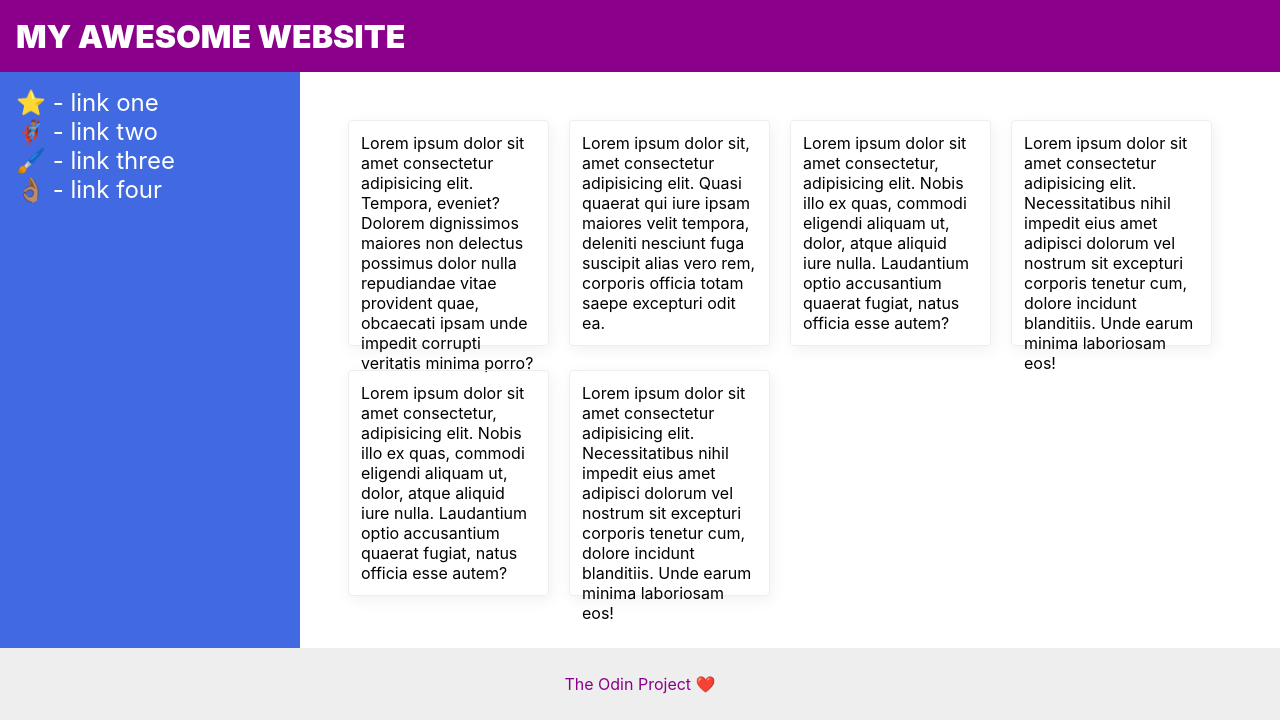
Repository: bbrockbrown/css-exercises
Page: flex/07-flex-layout-2/index.html
The author's editor kept a copy of each file at every save. The page is drawn from the files as they stood at one save, then again after the next save.
The browser window is 1280 px wide. The pictures show the whole page.

Above is the page before, as saved 2024-07-22 18:58:26.

### flex/07-flex-layout-2/index.html
<!DOCTYPE html>
<html lang="en">
  <head>
    <meta charset="UTF-8">
    <meta http-equiv="X-UA-Compatible" content="IE=edge">
    <meta name="viewport" content="width=device-width, initial-scale=1.0">
    <title>The Holy Grail</title>
    <link rel="stylesheet" href="style.css">
  </head>
  <body>

    <div class="header">
      MY AWESOME WEBSITE
    </div>

    <div class="content-container">
      <div class="sidebar">
        <ul>
          <li><a href="#">⭐ - link one</a></li>
          <li><a href="#">🦸🏽‍♂️ - link two</a></li>
          <li><a href="#">🖌️ - link three</a></li>
          <li><a href="#">👌🏽 - link four</a></li>
        </ul>
      </div>

      <div class="card-container">
        <div class="card">Lorem ipsum dolor sit amet consectetur adipisicing elit. Tempora, eveniet? Dolorem dignissimos maiores non delectus possimus dolor nulla repudiandae vitae provident quae, obcaecati ipsam unde impedit corrupti veritatis minima porro?</div>
        <div class="card">Lorem ipsum dolor sit, amet consectetur adipisicing elit. Quasi quaerat qui iure ipsam maiores velit tempora, deleniti nesciunt fuga suscipit alias vero rem, corporis officia totam saepe excepturi odit ea.</div>
        <div class="card">Lorem ipsum dolor sit amet consectetur, adipisicing elit. Nobis illo ex quas, commodi eligendi aliquam ut, dolor, atque aliquid iure nulla. Laudantium optio accusantium quaerat fugiat, natus officia esse autem?</div>
        <div class="card">Lorem ipsum dolor sit amet consectetur adipisicing elit. Necessitatibus nihil impedit eius amet adipisci dolorum vel nostrum sit excepturi corporis tenetur cum, dolore incidunt blanditiis. Unde earum minima laboriosam eos!</div>
        <div class="card">Lorem ipsum dolor sit amet consectetur, adipisicing elit. Nobis illo ex quas, commodi eligendi aliquam ut, dolor, atque aliquid iure nulla. Laudantium optio accusantium quaerat fugiat, natus officia esse autem?</div>
        <div class="card">Lorem ipsum dolor sit amet consectetur adipisicing elit. Necessitatibus nihil impedit eius amet adipisci dolorum vel nostrum sit excepturi corporis tenetur cum, dolore incidunt blanditiis. Unde earum minima laboriosam eos!</div>
      </div>

      <div class="empty-right">
        <!-- Placeholder -->
      </div>

    </div>


    <div class="footer">
      The Odin Project ❤️
    </div>

  </body>
</html>

### flex/07-flex-layout-2/style.css
body {
  font-family: -apple-system, BlinkMacSystemFont, 'Segoe UI', Roboto, Oxygen, Ubuntu, Cantarell, 'Open Sans', 'Helvetica Neue', sans-serif;
  margin: 0;
  min-height: 100vh;
  display: flex;
  flex-direction: column;
}

.header {
  height: 72px;
  background: darkmagenta;
  color: white;
  display: flex;
  align-items: center;
  padding-left: 16px;
  font-size: 32px;
  font-weight: 900;
}

.footer {
  height: 72px;
  background: #eee;
  color: darkmagenta;
  display: flex;
  justify-content: center;
  align-items: center;
}

.content-container {
  display: flex;
  flex: 1;
}

.sidebar {
  width: 300px;
  background: royalblue;
  box-sizing: border-box;
  display: flex;
  flex-direction: column;
  flex-shrink: 0;
  padding: 16px;
}

.card-container {
  display: flex;
  padding: 48px;
  flex-wrap: wrap;
  gap: 20px;
}

.card {
  border: 1px solid #eee;
  box-shadow: 2px 4px 16px rgba(0,0,0,.06);
  border-radius: 4px;
  height: 200px;
  width: 175px;
  padding: 12px;
}

.empty-right {
  display: flex;
  flex: 1;
  width: 200px;
  flex-shrink: 0;
}

ul {
  list-style: none;
  padding: 0;
  margin: 0;

}

a {
  text-decoration: none;
  color: white;
  font-size: 24px;
}

After the next save:
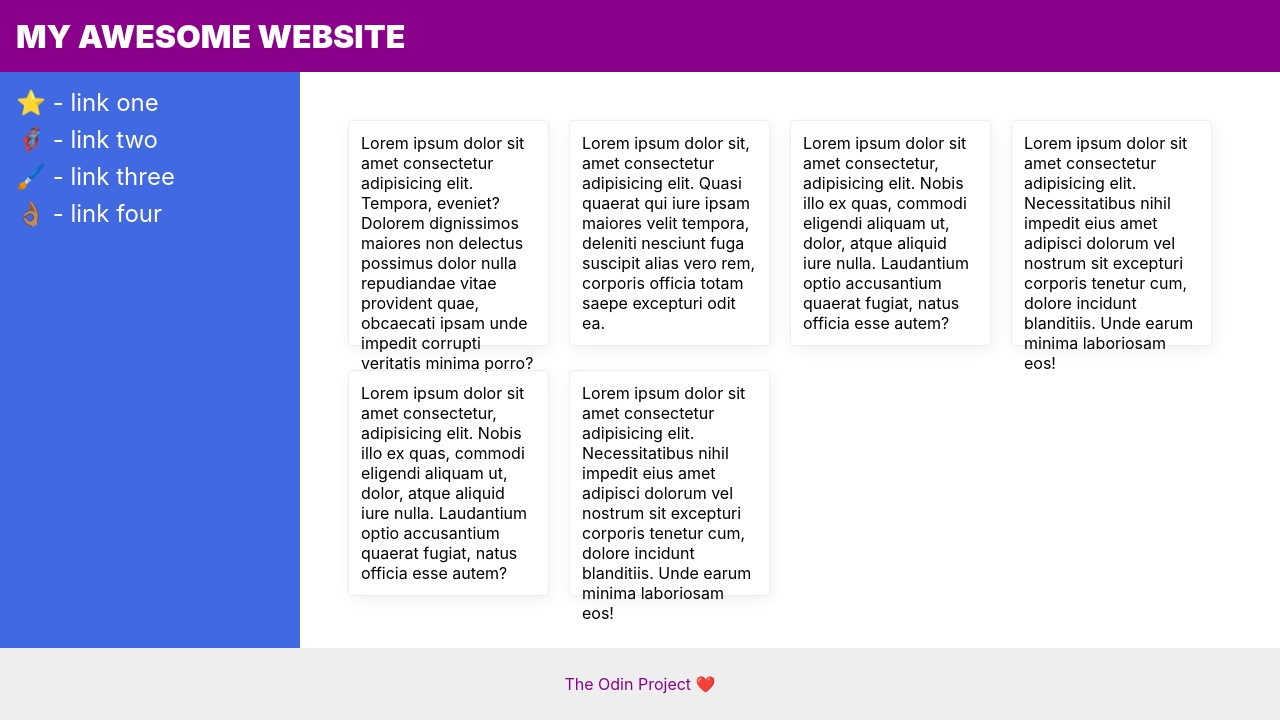
Saved 10 s later.
--- a/flex/07-flex-layout-2/style.css
+++ b/flex/07-flex-layout-2/style.css
@@ -71,6 +71,10 @@ ul {
 
 }
 
+li {
+  margin-bottom: 8px;
+}
+
 a {
   text-decoration: none;
   color: white;
